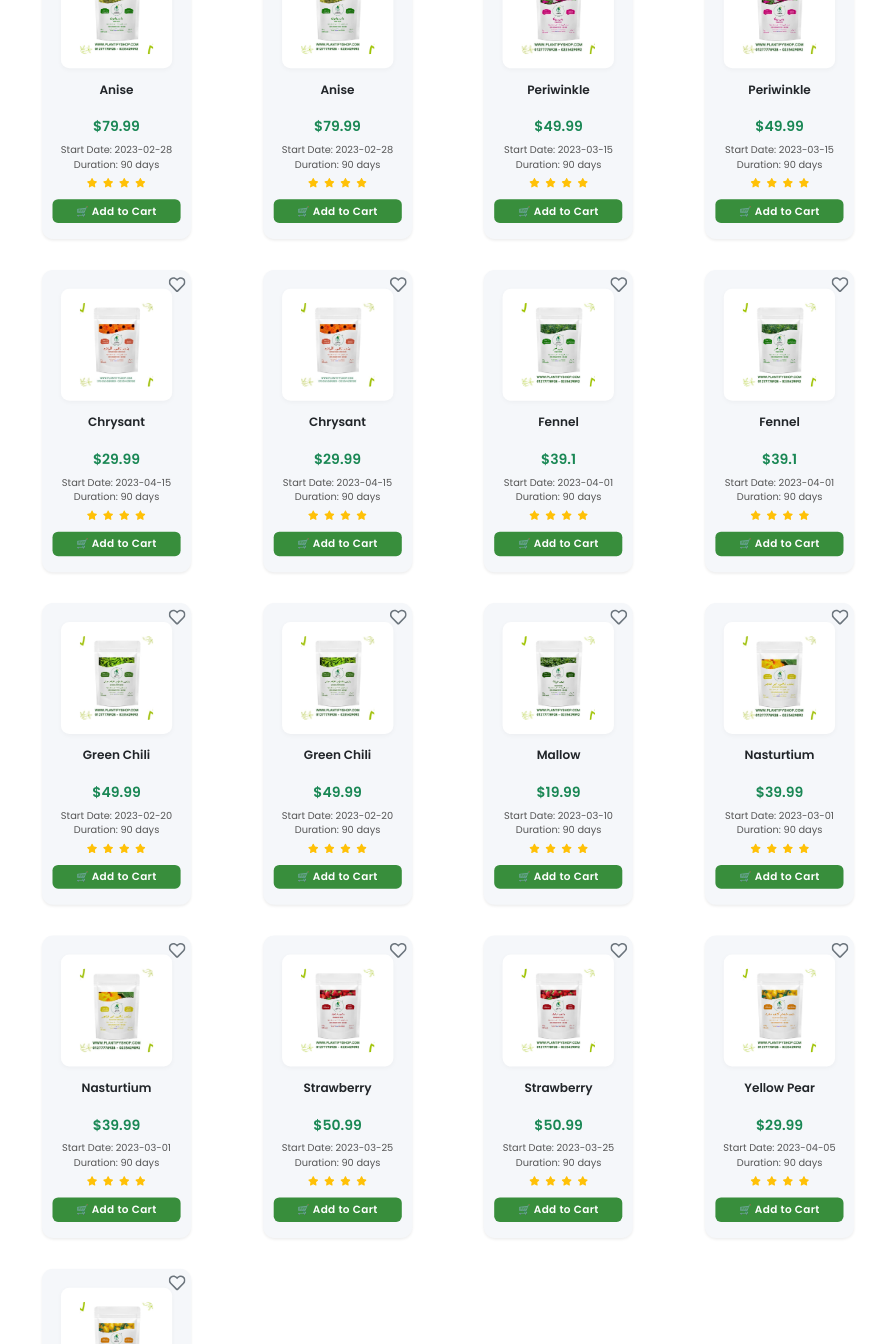
Repository: ShimaaMohamedRoshdi/WorkSpace-agromind
Page: /crops (app in agricultural-management-system-vs/agricultural-management-system-main/)
These files come from the project's save history. The page is drawn as it stood at one moment and after the next save; the edit follows.
The browser window is 1280 px wide. The pictures show the part of the page from y = 771 to 2691 px (the page is 3556 px tall before and 3661 px after), at 70% of full size.
Backgrounds fixed to the window are drawn as part of the page. The project was rebuilt for these pictures with package versions that can differ from the ones it lists, and the page was loaded fresh each time. Also part of the build but not shown: agricultural-management-system-vs/agricultural-management-system-main/vite.config.js, agricultural-management-system-vs/agricultural-management-system-main/services/api.jsx, agricultural-management-system-vs/agricultural-management-system-main/src/pages/SignUp.jsx, agricultural-management-system-vs/agricultural-management-system-main/src/pages/SignIn.jsx, agricultural-management-system-vs/agricultural-management-system-main/src/components/HealthyFoods.css, agricultural-management-system-vs/agricultural-management-system-main/src/components/HealthyFoods.jsx, agricultural-management-system-vs/agricultural-management-system-main/src/components/Products.jsx, agricultural-management-system-vs/agricultural-management-system-main/src/components/AgricultureSkill.jsx and 40 more.

Above is the page before, as saved 2025-05-10 00:24:22.

After the next save:
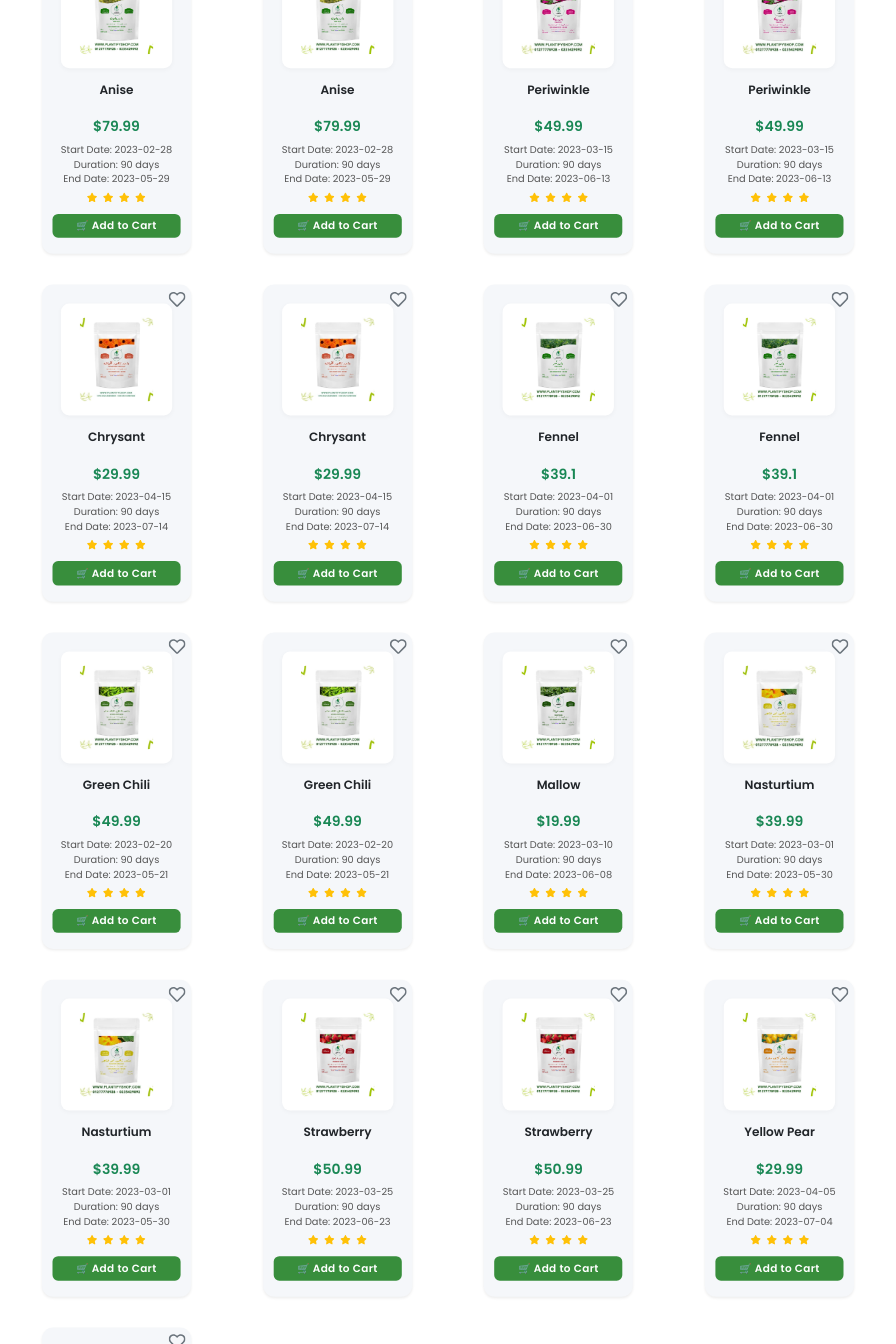
Saved 72 s later.
--- a/agricultural-management-system-vs/agricultural-management-system-main/src/components/ProductCard.jsx
+++ b/agricultural-management-system-vs/agricultural-management-system-main/src/components/ProductCard.jsx
@@ -136,10 +136,11 @@ const ProductCard = ({ product }) => {
                 </span>
               )}
             </div>
-            {/* Start Date and Date Duration */}
+            {/* Start Date, Date Duration and End Date */}
             <div className="text-center mb-2" style={{ fontSize: 14, color: "#555" }}>
               <div>Start Date: {product.startDate}</div>
               <div>Duration: {product.dateDuration} days</div>
+              <div>End Date: {product.endDate}</div>
             </div>
 
             {/* Product Rating */}
